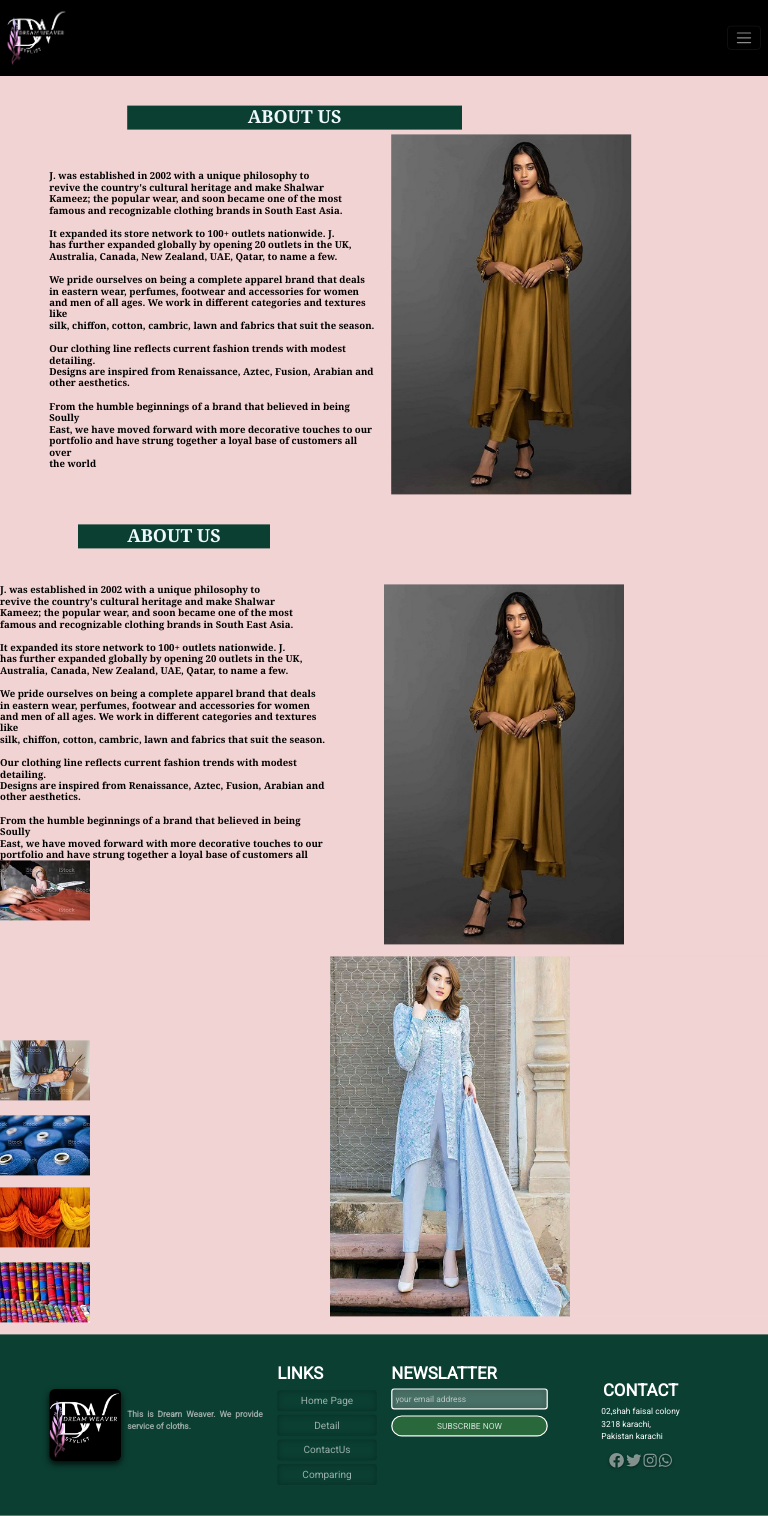
Repository: laibaashraf90/dreamweaver
Page: Source Code/detail.html
The author's editor kept a copy of each file at every save. The page is drawn from the files as they stood at one save, then again after the next save.
The browser window is 1280 px wide. The pictures show the whole page, at 60% of full size.

Above is the page before, as saved 2022-10-29 17:13:18.

After the next save:
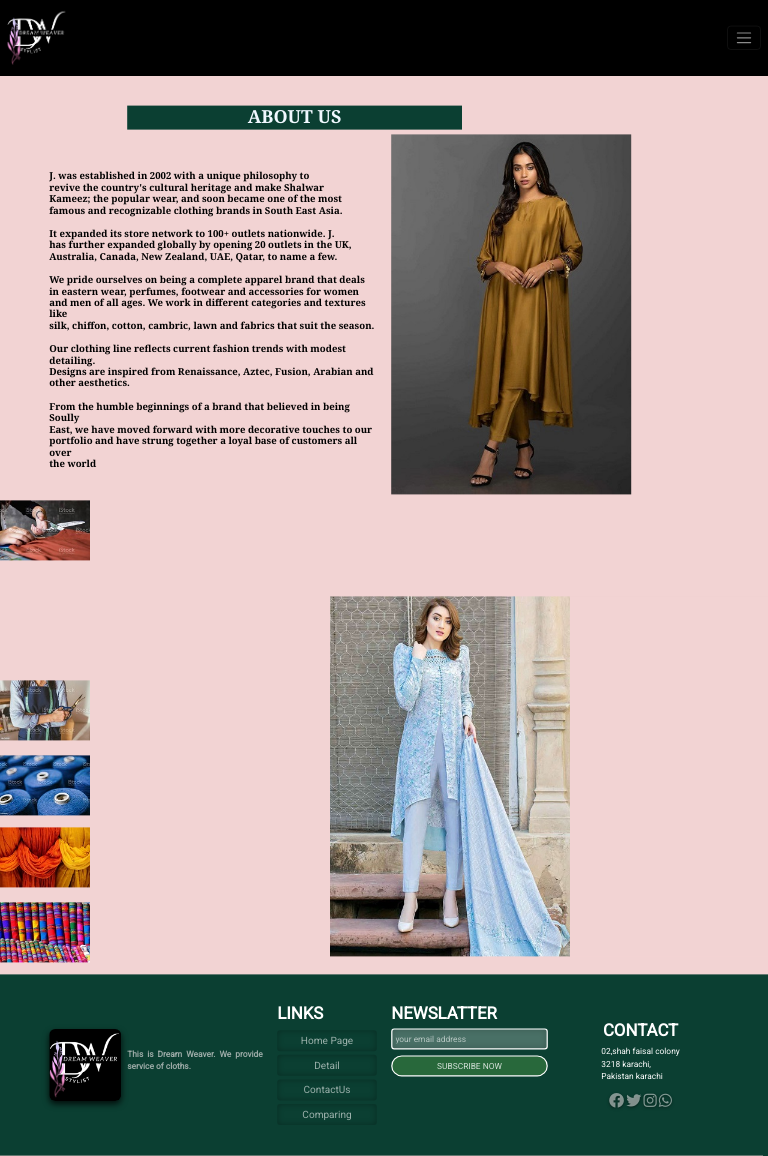
Saved 28 s later.
--- a/Source Code/detail.html
+++ b/Source Code/detail.html
@@ -118,7 +118,7 @@
 
 
 
-    <div class="con">
+    <!-- <div class="con">
       <div class="para">
         <h1>ABOUT US <br></h1>
         <h2>J. was established in 2002 with a unique philosophy to<br> revive
@@ -156,7 +156,7 @@
       <div class="silk">
         <img src="./imges/s1.jpg" alt="">
       </div>
-    </div>
+    </div> -->
     <div class="smallcard">
       <div class="div1"><img src="./imges/t1.jpg" alt=""></div>
       <div class="picdiv"><img src="./imges/t6.jpg" alt=""></div>
